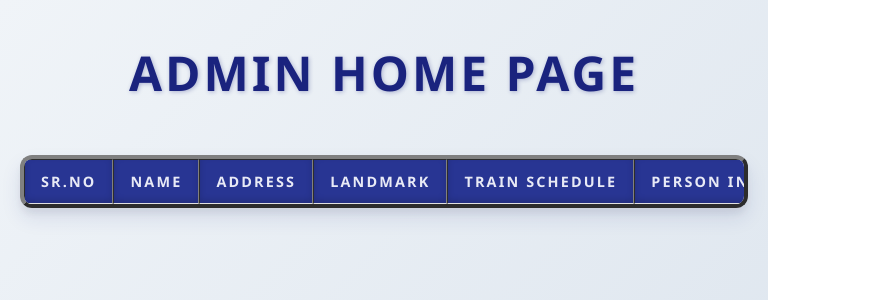
Repository: chinthaginjalabhuvan/Java
Page: http://localhost/RailwayCrossingProject/AdminHome.jsp
The author's editor kept a copy of each file at every save. The page is drawn from the files as they stood at one save, then again after the next save.
The browser window is 768 px wide. The page is 768 px wide, then 883 px, so the pictures cover 883 px, including what lies to the right of the window. The pictures show the whole page.
The page is served by Tomcat 9. Queries for data that is not in the repository find no rows.

Above is the page before, as saved 2025-06-06 09:27:47.

After the next save:
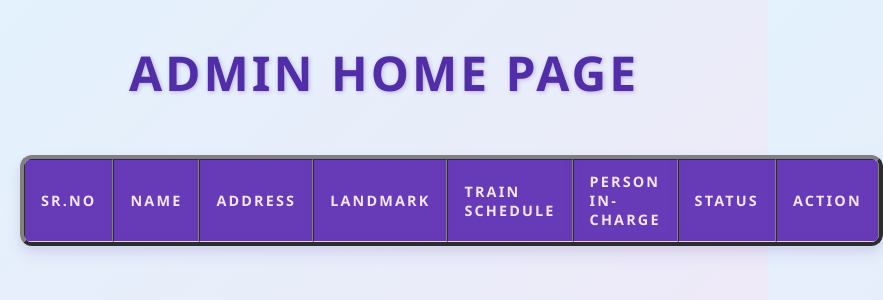
Saved 2 min 36 s later.
--- a/RailwayCrossingProject/src/main/webapp/AdminHome.jsp
+++ b/RailwayCrossingProject/src/main/webapp/AdminHome.jsp
@@ -8,22 +8,22 @@
 		<style>
 			body {
   font-family: 'Segoe UI', Tahoma, Geneva, Verdana, sans-serif;
-  background: linear-gradient(135deg, #f0f4f8, #d9e2ec);
+  background: linear-gradient(135deg, #e3f2fd, #f3e5f5);
   margin: 40px 20px;
-  color: #222;
+  color: #2c3e50;
   -webkit-font-smoothing: antialiased;
   -moz-osx-font-smoothing: grayscale;
 }
 
 h1 {
   text-align: center;
-  color: #1a237e;
+  color: #512da8;
   margin-bottom: 50px;
   font-weight: 900;
   font-size: 3rem;
   letter-spacing: 3px;
   text-transform: uppercase;
-  text-shadow: 1px 1px 4px rgba(26, 35, 126, 0.3);
+  text-shadow: 1px 1px 4px rgba(81, 45, 168, 0.3);
   user-select: none;
 }
 
@@ -34,45 +34,52 @@ table {
   margin: 0 auto 60px auto;
   border-collapse: separate;
   border-spacing: 0;
-  background: #ffffffcc;
+  background: #ffffffdd;
   box-shadow:
-    0 10px 20px rgba(26, 35, 126, 0.1),
-    0 6px 6px rgba(0,0,0,0.05);
+    0 8px 16px rgba(81, 45, 168, 0.1),
+    0 4px 8px rgba(0,0,0,0.05);
   border-radius: 12px;
-  overflow-x: auto;
-  display: block; /* Enable horizontal scroll */
-  white-space: nowrap; /* Prevent wrapping */
+  overflow: hidden;
+  word-wrap: break-word; /* allow wrapping */
+  table-layout: fixed; /* fixed layout for equal columns */
   cursor: default;
 }
 
 th, td {
-  padding: 18px 24px;
+  padding: 16px 20px;
   text-align: left;
   font-size: 1rem;
   transition: color 0.3s ease;
-  border-bottom: 1px solid #e0e0e0;
+  border-bottom: 1px solid #ddd;
+  word-wrap: break-word; /* wrap long words */
 }
 
 th {
-  background: #283593;
-  color: #e8eaf6;
+  background: #673ab7;
+  color: #f3e5f5;
   font-weight: 700;
   text-transform: uppercase;
   letter-spacing: 0.15em;
   user-select: none;
-  box-shadow: inset 0 -3px 6px rgba(0,0,0,0.15);
+  box-shadow: inset 0 -3px 6px rgba(103, 58, 183, 0.3);
   position: sticky;
   top: 0;
   z-index: 2;
 }
 
-tr:nth-child(even) {
-  background-color: #f9fbfc;
+/* Soft pastel row colors */
+tbody tr:nth-child(odd) {
+  background-color: #ede7f6; /* Light purple */
 }
 
-tr:hover {
-  background-color: #c5cae9;
-  color: #1a237e;
+tbody tr:nth-child(even) {
+  background-color: #e1f5fe; /* Light blue */
+}
+
+/* Hover effect with another soft color */
+tbody tr:hover {
+  background-color: #ffd180; /* Soft warm orange */
+  color: #4e342e;
   font-weight: 600;
   transition: background-color 0.4s ease;
 }
@@ -91,7 +98,7 @@ tr:hover {
 
 /* Buttons */
 button {
-  background-color: #3949ab;
+  background-color: #9575cd; /* Medium pastel purple */
   border: none;
   color: white;
   padding: 10px 22px;
@@ -101,7 +108,7 @@ button {
   border-radius: 25px;
   cursor: pointer;
   transition: background-color 0.35s ease, box-shadow 0.35s ease, transform 0.25s ease;
-  box-shadow: 0 4px 6px rgba(57, 73, 171, 0.4);
+  box-shadow: 0 4px 6px rgba(149, 117, 205, 0.4);
   user-select: none;
   outline-offset: 3px;
   outline-color: transparent;
@@ -110,26 +117,28 @@ button {
 
 button:hover,
 button:focus {
-  background-color: #283593;
-  box-shadow: 0 6px 12px rgba(40, 53, 147, 0.7);
+  background-color: #7e57c2; /* Darker pastel purple */
+  box-shadow: 0 6px 12px rgba(126, 87, 194, 0.7);
   transform: translateY(-2px);
-  outline-color: #536dfe;
+  outline-color: #b39ddb;
 }
 
 button:active {
   transform: translateY(0);
-  box-shadow: 0 2px 5px rgba(40, 53, 147, 0.5);
+  box-shadow: 0 2px 5px rgba(126, 87, 194, 0.5);
 }
 
-/* Responsive: allow horizontal scroll on small devices */
+/* Responsive: wrap cells instead of scroll */
 @media (max-width: 768px) {
   table {
     width: 100%;
+    table-layout: auto; /* allow columns to resize */
   }
 
   th, td {
     padding: 12px 16px;
     font-size: 0.9rem;
+    white-space: normal; /* allow wrapping */
   }
 
   #act {
